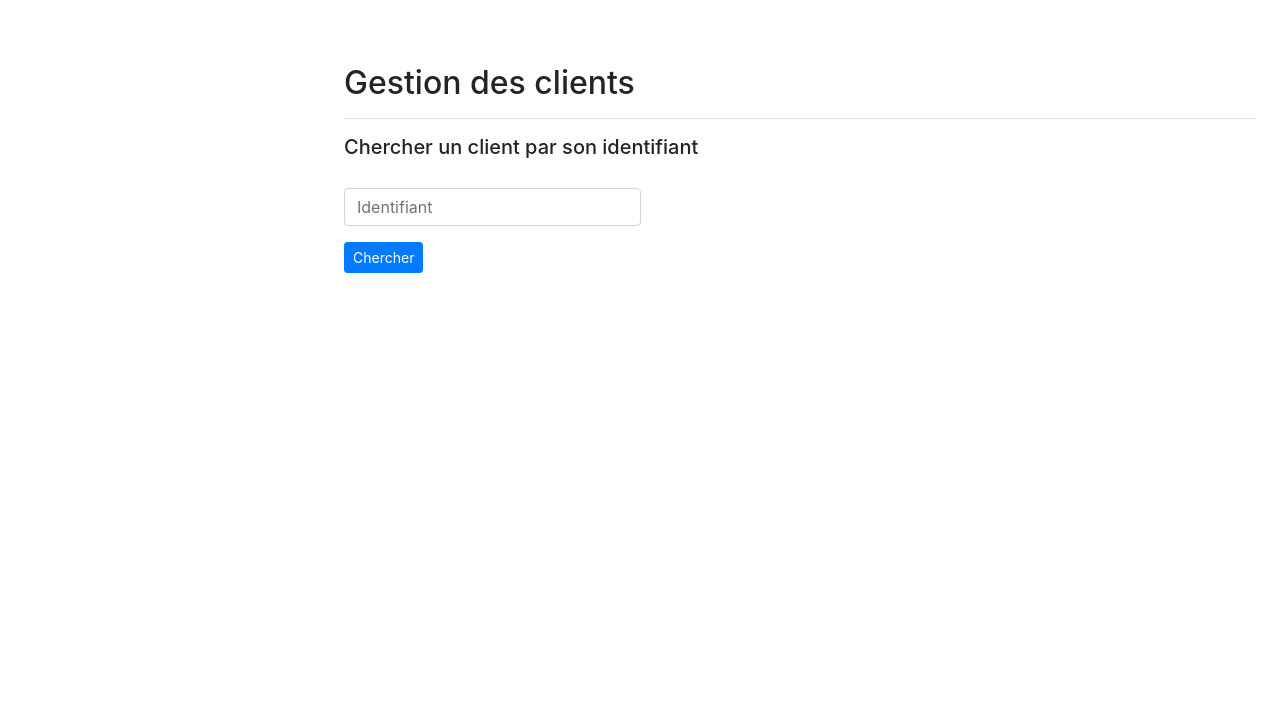
Repository: liiiseee/Projet
Page: http://localhost/02_projet_gestion_clients_compte/chercher-client.jsp
These files come from the project's save history. The page is drawn as it stood at one moment and after the next save; the edit follows.
The browser window is 1280 px wide. The pictures show the whole page.
The page is served by Tomcat 9.

Above is the page before, as saved 2020-04-02 07:03:14.
Console error: TypeError: Cannot read properties of null (reading 'length')

After the next save:
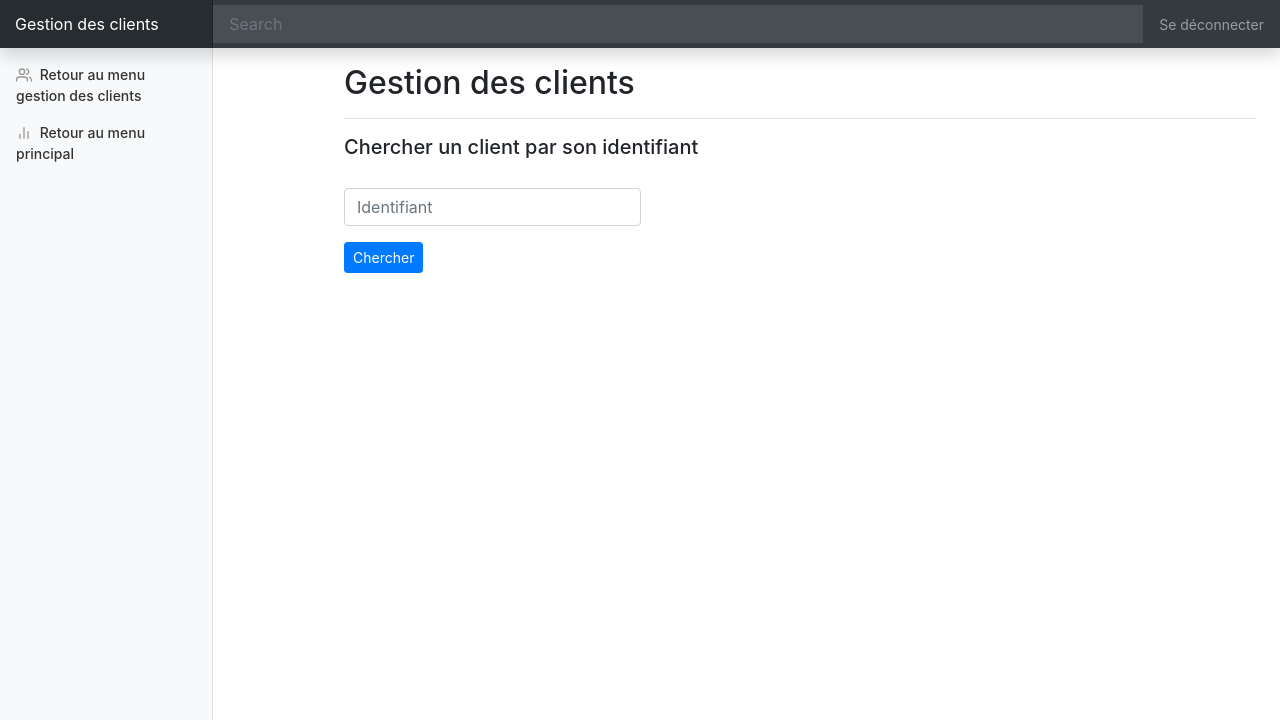
Saved 7 min 0 s later.
--- a/02_projet_gestion_clients_compte/WebContent/chercher-client.jsp
+++ b/02_projet_gestion_clients_compte/WebContent/chercher-client.jsp
@@ -40,6 +40,43 @@
     <link href="assets/styles/dashboard.css" rel="stylesheet">
 </head>
 <body>
+
+
+<nav class="navbar navbar-dark fixed-top bg-dark flex-md-nowrap p-0 shadow">
+  <a class="navbar-brand col-sm-3 col-md-2 mr-0" href="#">Gestion des clients</a>
+  <input class="form-control form-control-dark w-100" type="text" placeholder="Search" aria-label="Search">
+  <ul class="navbar-nav px-3">
+    <li class="nav-item text-nowrap">
+      <a class="nav-link" href="authentification-servlet?destroy=true">Se déconnecter</a>
+    </li>
+  </ul>
+</nav>
+
+<div class="container-fluid" >
+  <div class="row">
+    <nav class="col-md-2 d-none d-md-block bg-light sidebar" >
+      <div class="sidebar-sticky">
+        <ul class="nav flex-column">
+
+
+          <li class="nav-item">
+            <a class="nav-link" href="gestion-pages-servlet?action=menuClient">
+              <span data-feather="users"></span>
+            Retour au menu gestion des clients
+            </a>
+          </li>
+          <li class="nav-item">
+            <a class="nav-link" href="menu.jsp">
+              <span data-feather="bar-chart-2"></span>
+              Retour au menu principal
+            </a>
+          </li>
+          </ul>
+
+
+
+      </div>
+    </nav>
 <!-- ====================================================================================== -->
 <!-- ====================== Section principale (Main)  ==================================== -->
 <!-- ====================================================================================== -->
